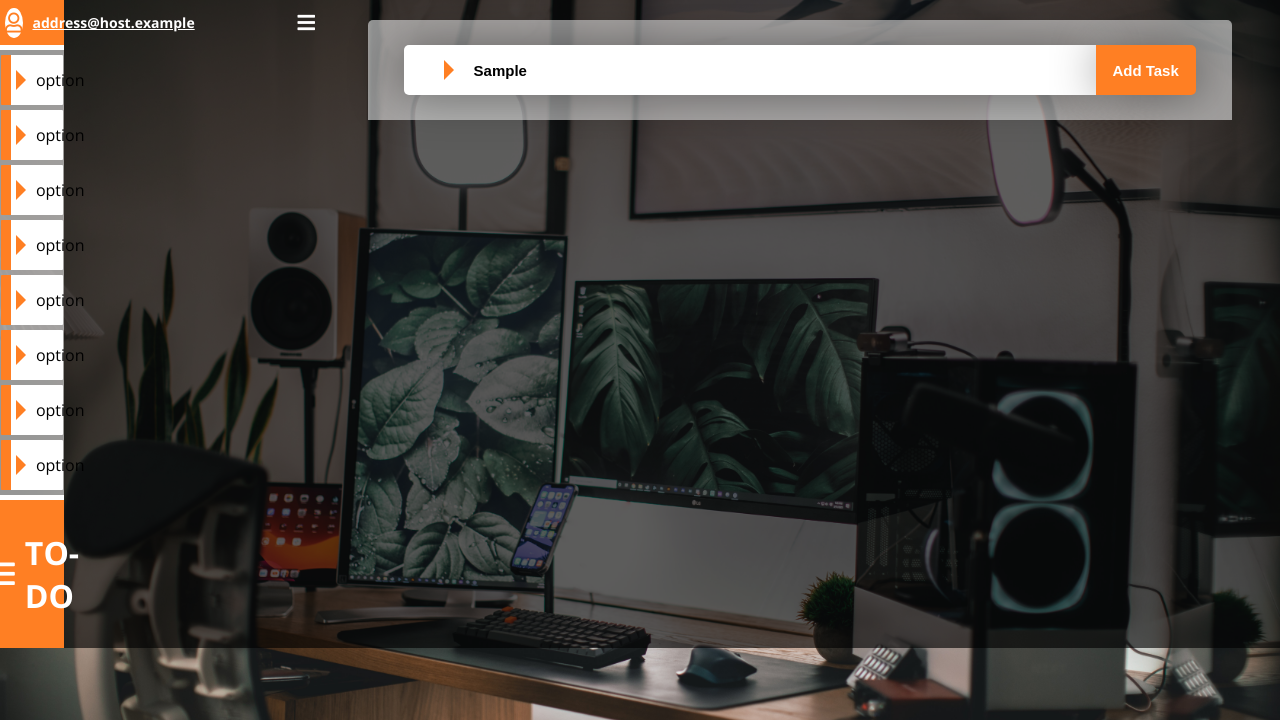
Repository: OmarEssameldinMousa/To-do-list-level01
Page: index.html
The author's editor kept a copy of each file at every save. The page is drawn from the files as they stood at one save, then again after the next save.
The browser window is 1280 px wide. The pictures show the whole page.
Empty fields were first filled with sample values (such as "Sample", 5 or name@example.com).
After loading, the first visible `i.fa-solid` was clicked once.

Above is the page before, as saved 2023-08-08 16:59:15.

After the next save:
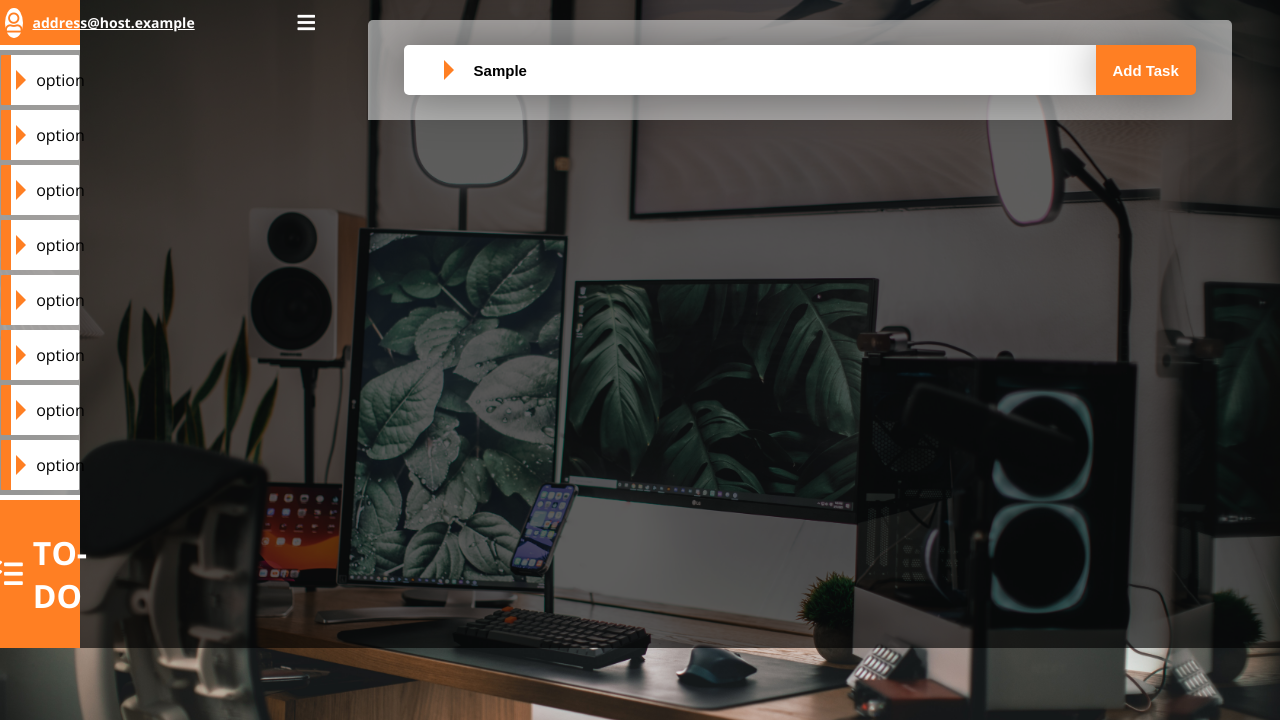
Saved 15 s later.
--- a/main.js
+++ b/main.js
@@ -100,6 +100,6 @@ menu_bars2.addEventListener("click", function () {
     if (navdiv.children[0].style.cssText == "width: 25%;") {
         navdiv.children[0].style.cssText = "width: 20%;"
     } else {
-        navdiv.children[0].style.cssText = "width: 20%;"
+        navdiv.children[0].style.cssText = "width: 25%;"
     }
 })
